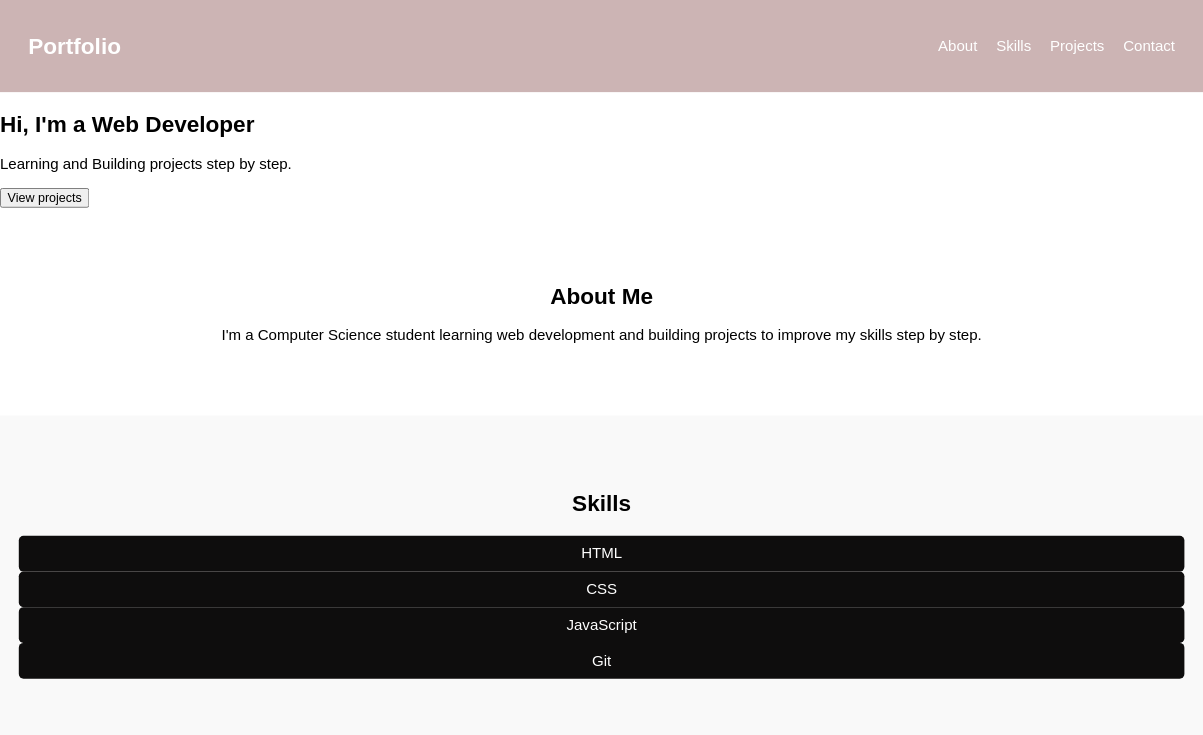
Repository: syeda-naqvi-hub/Portfolio-website
Page: python/portfolio/index.html
These files come from the project's save history. The page is drawn as it stood at one moment and after the next save; the edit follows.
The browser window is 1280 px wide. The pictures show the whole page, at 94% of full size.

Above is the page before, as saved 2026-02-07 11:28:18.

### python/portfolio/index.html
<!DOCTYPE html>
<html lang="en">
<head>
    <meta charset="UTF-8">
    <meta name="viewport" content="width=device-width, initial-scale=1.0">
    <title>Portfolio</title>
    <link rel="stylesheet" href="style.css">
</head>
<body>
    <script src="script.js"></script>
    <header>
        <nav>
            <h2 class="logo">Portfolio</h2>
            <ul>
                <li><a href="#about">About</a></li>
                <li><a href="#skills">Skills</a></li>
                <li><a href="#projects">Projects</a></li>
                <li><a href="#contact">Contact</a></li>
            </ul>
        </nav>
    </header>
    <section class=""hero">
        <h1>Hi, I'm a Web Developer </h1>
        <p>Learning and Building projects step by step.</p>
        <button>View projects</button>
    </section>
    <section id="about" class="about">
        <h2>About Me</h2>
        <p>
            I'm a Computer Science student learning web development and building projects to improve my skills step by step.
        </p>
    </section>
    <section id="skills" class="skills">
        <h2>Skills</h2>
        <div class="skills-list">
            <div>HTML</div>
            <div>CSS</div>
            <div>JavaScript</div>
            <div>Git</div>
        </div>
    </section>
</body>
</html>

### python/portfolio/style.css
body {
    font-family: arial,sans-serif;
    margin: 0;
}
header {
    background: #ccb4b4;
    color: white;
    padding: 15px 30px;
}
nav {
    display: flex;
    justify-content: space-between;
    align-items: center;
}
ul {
    display: flex;
    list-style: none;
    gap: 20px;
}
a {
    color: white;
    text-decoration:none
}
.hero {
    height: 80vh;
    display: flex;
    flex-direction: column;
    justify-content: center;
    background: #cec6c6;
    text-align: center;
}
.about {
    padding: 60px 20px;
    text-align: center;
}
.skills {
    background: #f9f9f9;
    padding: 60px 20px;
    text-align: center;
}
.skills-set {
    display: flex;
    justify-content: center;
    gap: 20px;
    margin-top: 20px;
}
.skills-list div {
    background: #0e0d0d;
    color: white;
    padding: 10px 20px;
    border-radius: 5px;
}

### python/portfolio/script.js
console.log("Portfolio loaded")

After the next save:
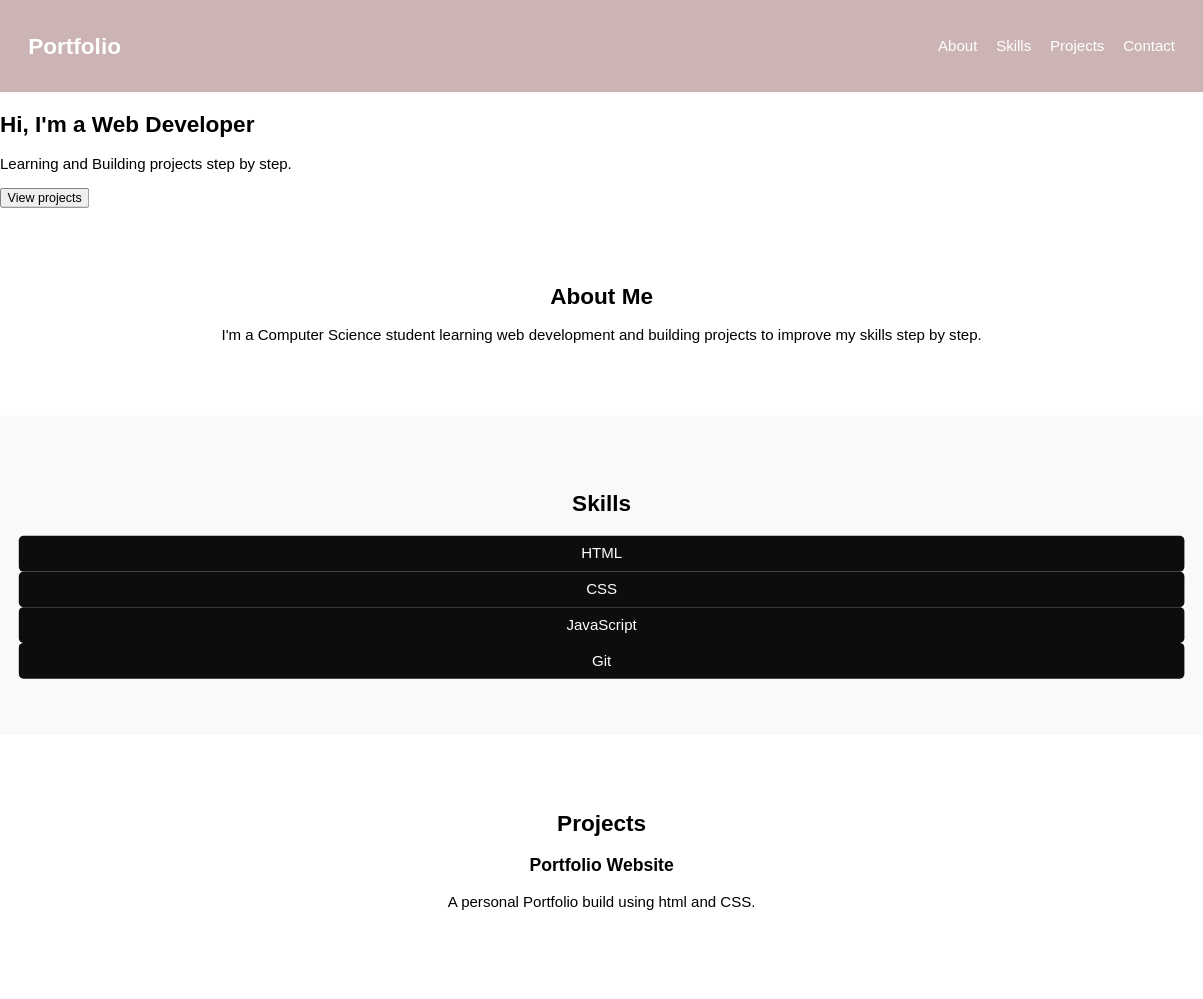
Saved 4 min 36 s later.
--- a/python/portfolio/index.html
+++ b/python/portfolio/index.html
@@ -39,5 +39,14 @@
             <div>Git</div>
         </div>
     </section>
+    <section id="projects" class="projects">
+        <h2>Projects</h2>
+        <div class="project-card">
+            <h3>Portfolio Website</h3>
+            <p>A personal Portfolio build using html and CSS.</p>
+            <a href="#">Live Demo</a>
+            <a href="#">Github</a>
+        </div>
+    </section>
 </body>
 </html>
--- a/python/portfolio/style.css
+++ b/python/portfolio/style.css
@@ -50,3 +50,10 @@ a {
     padding: 10px 20px;
     border-radius: 5px;
 }
+.projects {
+    padding: 60px 20px;
+    text-align: center;
+}
+.project-card {
+
+}
